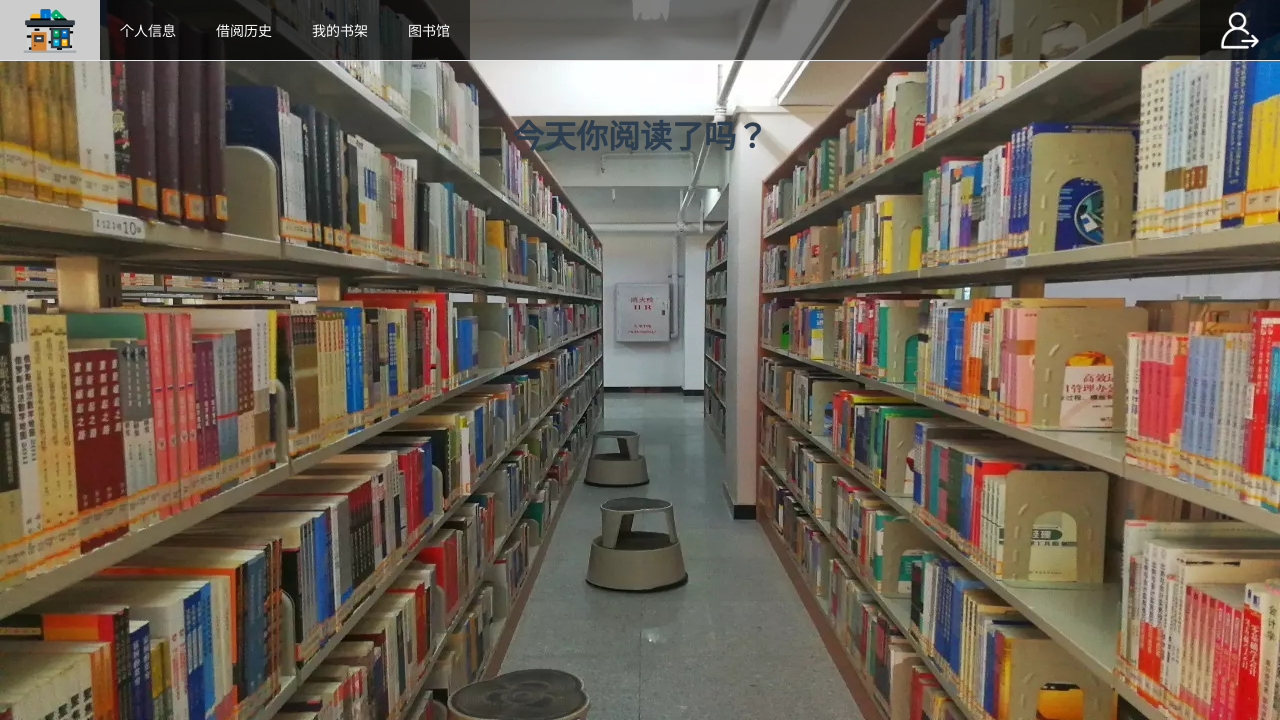
Repository: Akron-xz/helloVue
Page: /#/user (app in vue-library/)
An editor plug-in stored every save of this project. The page is shown before and after the next save, followed by the edit.
The browser window is 1280 px wide. The pictures show the whole page.
The project was rebuilt for these pictures with package versions that can differ from the ones it lists, and the page was loaded fresh each time. Also part of the build but not shown: vue-library/src/components/homeNav.vue, vue-library/src/views/Home.vue.

Above is the page before, as saved 2020-11-25 09:09:02.

### vue-library/src/main.js
import Vue from 'vue'
import App from './App.vue'
import ElementUI from 'element-ui';
import 'element-ui/lib/theme-chalk/index.css';
import axios from "axios"
import router from './router'
import Router from 'vue-router'

const routerPush = Router.prototype.push
Router.prototype.push = function push(location) {
    return routerPush.call(this, location).catch(error => error)
}

Vue.config.productionTip = false
Vue.use(ElementUI);
Vue.prototype.$axios = axios;


new Vue({
    router,
    render: h => h(App)
}).$mount('#app')

### vue-library/src/router/index.js
import Vue from 'vue'
import VueRouter from 'vue-router'
import Home from '../views/Home.vue'


Vue.use(VueRouter)

const routes = [{
        path: '/',
        name: 'Home',
        component: Home
    },
    {
        path: '/about',
        name: 'About',
        // route level code-splitting
        // this generates a separate chunk (about.[hash].js) for this route
        // which is lazy-loaded when the route is visited.
        component: () =>
            import ( /* webpackChunkName: "about" */ '../views/About.vue')
    },
    {
        path: '/admin',
        name: 'Admin',
        // route level code-splitting
        // this generates a separate chunk (about.[hash].js) for this route
        // which is lazy-loaded when the route is visited.
        component: () =>
            import ( /* webpackChunkName: "about" */ '../views/Administrator.vue')
    },
    {
        path: "/userLogin",
        name: "UserLogin",
        component: () =>
            import ('../views/UserLogin.vue')
    },
    {
        path: "/user",
        name: "User",
        component: () =>
            import ( /* webpackChunkName: "about" */ '../views/User.vue')
    },
    {
        path: "/signup",
        name: "SignUp",
        component: () =>
            import ('../views/SignUp.vue')
    },
    {
        path: "/adminmain",
        name: "AdminMain",
        component: () =>
            import ('../views/AdminMain.vue')
    },
    {

        path: "/MyInformation",
        name: "MyInformation",
        component: () =>
            import ('../views/MyInformation.vue')
    },
    {
        path: "/library",
        name: "Library",
        component: () =>
            import ( /* webpackChunkName: "about" */ '../views/Library.vue')

    },
    {
        path: "/modifymsg",
        name: "ModifyMsg",
        component: () =>
            import ('../views/ModifyMsg.vue')
    },
    {
        path: "/borrowhistory",
        name: "BorrowHistory",
        component: () =>
            import ('../views/BorrowHistory.vue')
    },
    {
        path: "/newissue",
        name: "NewIssue",
        component: () =>
            import ('../views/NewIssue.vue')
    },
    {
        path: "/booksearch",
        name: "BookSearch",
        component: () =>
            import ('../views/BookSearch.vue')
    },
    {
        path: "/MyBookshelves",
        name: "MyBookshelves",
        component: () =>
            import ('../views/MyBookshelves.vue')
    },
    {
        path: "/modifyAnnounce",
        name: "ModifyAnnounce",
        component: () =>
            import ('../views/ModifyAnnounce.vue')
    },
    {
        path: "/statistics",
        name: "Statistics",
        component: () =>
            import ('../views/Statistics.vue')
    },


]

const router = new VueRouter({
    routes
})

export default router

### vue-library/src/views/User.vue
<template>
    <div class="user-container container">
        <userNavigation></userNavigation>
        <h1 class="title">今天你阅读了吗？</h1>


    </div>
</template>

<script>
import userNavigation from '@/components/userNav.vue'
export default {
    components:{
        userNavigation
    },
    data() {
        return {

        }
    },
    methods: {

    },
    created() {

    },
}
</script>

<style scoped>
.user-container{
    position: fixed;
    left: 0;
    top: 0;
    width: 100%;
    height: 100%;
    background-repeat: no-repeat;
    background-size: 100% 100%;
    background-image: url(/img/divBg/bg29.jpg);

}


.user-container .title{
    margin-top: 50px;
}
</style>

### vue-library/src/components/userNav.vue
<template>

    <div class="navigation-bar">
        <el-menu
            class="el-menu-demo"
            mode="horizontal"
            @select="handleSelect"
            background-color="#00000080"
            text-color="#ffffff"
            text-font="15px">


            <el-menu-item index="1" @click="toUser">
                <img src="/img/libraryIcon.png" alt="" target="_self" class="libraryIcon">
            </el-menu-item>

            <el-menu-item index="2" @click="toModifyMsg">
                <a  target="_self"  >个人信息</a>
            </el-menu-item>

            <el-menu-item index="3" @click="toBorrowHistory">
                <a  target="_self">借阅历史</a>
            </el-menu-item>

            <el-menu-item index="4" @click="toMyBookshelves">
                <a  target="_self">我的书架</a>
            </el-menu-item>

            <el-menu-item index="5" @click="toLibrary">
                <a  target="_self">图书馆</a>
            </el-menu-item>

            <el-menu-item index="6" class="exitIcon">
                <img src="/img/logoutIconWhite.png" alt="" target="_self" class="logoutIcon" @click="signOut">
            </el-menu-item>

            <!-- <el-menu-item index="6" @click="toMain">
                <a  target="_self">返回主页</a>
            </el-menu-item> -->
        </el-menu>

    </div>
</template>

<script>
export default {
    name:"Nav",
    data() {
      return {
        activeIndex: '1'
      }
    },
    methods: {
    handleSelect(key, keyPath) {
      console.log(key, keyPath);
    },
    toUser(){
      this.$router.push({path:'/user'});
    },

    toModifyMsg(){
      this.$router.push({path:'/ModifyMsg'});
    },
    toBorrowHistory(){
      this.$router.push({path:'/BorrowHistory'});
    },
    toMyBookshelves(){
      this.$router.push({path:'/MyBookshelves'});
    },
    toLibrary(){
      this.$router.push({path:'/Library'});
    },
    signOut(){
      sessionStorage.clear();
      this.$router.push({path:'/'});
    }


  },

}
</script>>

<style scoped>
.libraryIcon{
  height: 60px;
  width: 60px;
}

.exitIcon{
  float: right;
}

.logoutIcon{
  height: 40px;
  width: 40px;
}

</style>>

Loaded but not shown: vue-library/public/index.html (common file); vue-library/src/App.vue (common file)

After the next save:
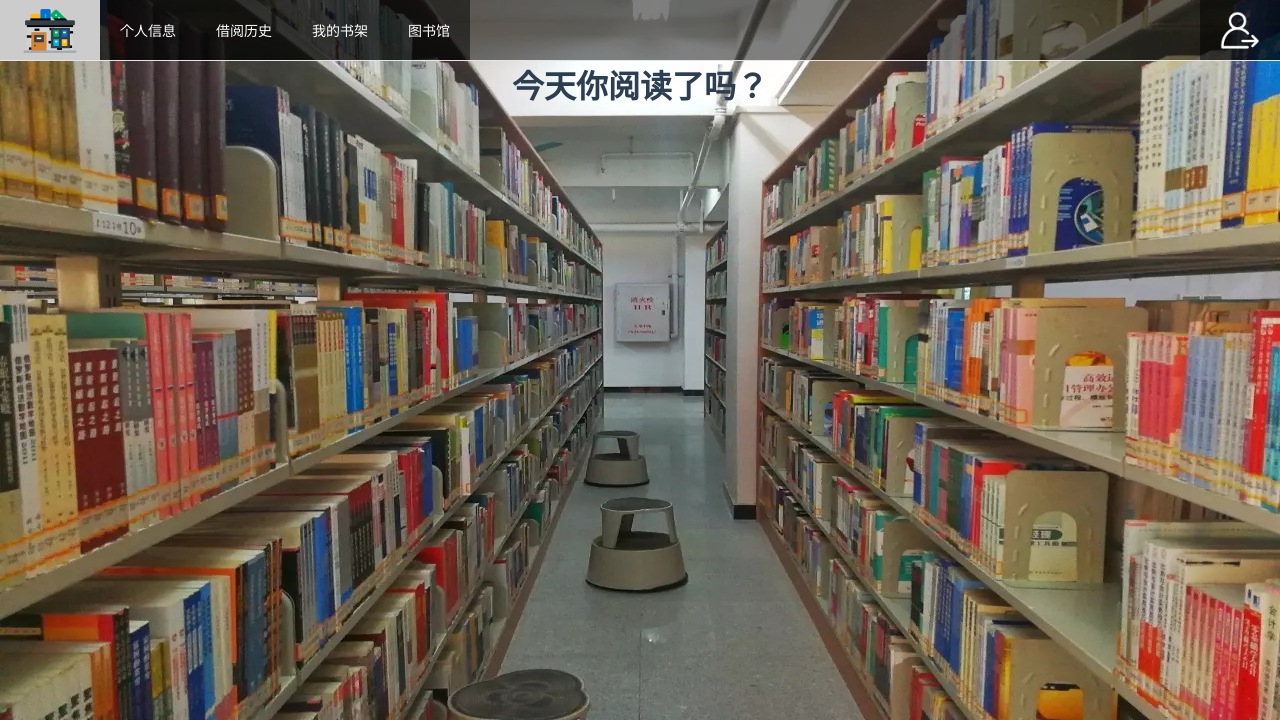
Saved 40 s later.
--- a/vue-library/src/views/User.vue
+++ b/vue-library/src/views/User.vue
@@ -42,6 +42,6 @@ export default {
 
 
 .user-container .title{
-    margin-top: 50px;
+    margin-top: 0px;
 }
 </style>
